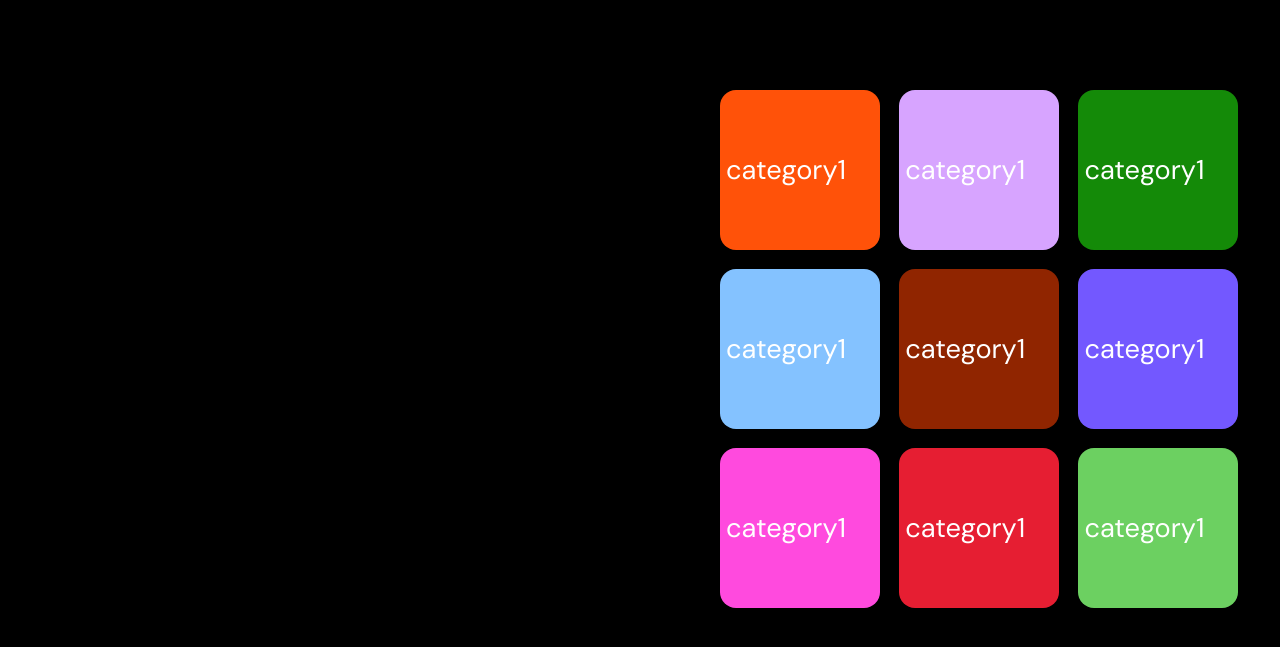
Repository: drumsmanku/react-capstone-project-2
Page: /categories
The author's editor kept a copy of each file at every save. The page is drawn from the files as they stood at one save, then again after the next save.
The browser window is 1280 px wide. The pictures show the whole page.
Some web fonts or font styles are not loaded; a fallback is used. The project was rebuilt for these pictures with package versions that can differ from the ones it lists, and the page was loaded fresh each time. Also part of the build but not shown: src/components/RegistrationPage.js, src/components/SubmitSuccess.js.

Above is the page before, as saved 2023-05-24 10:45:50.

After the next save:
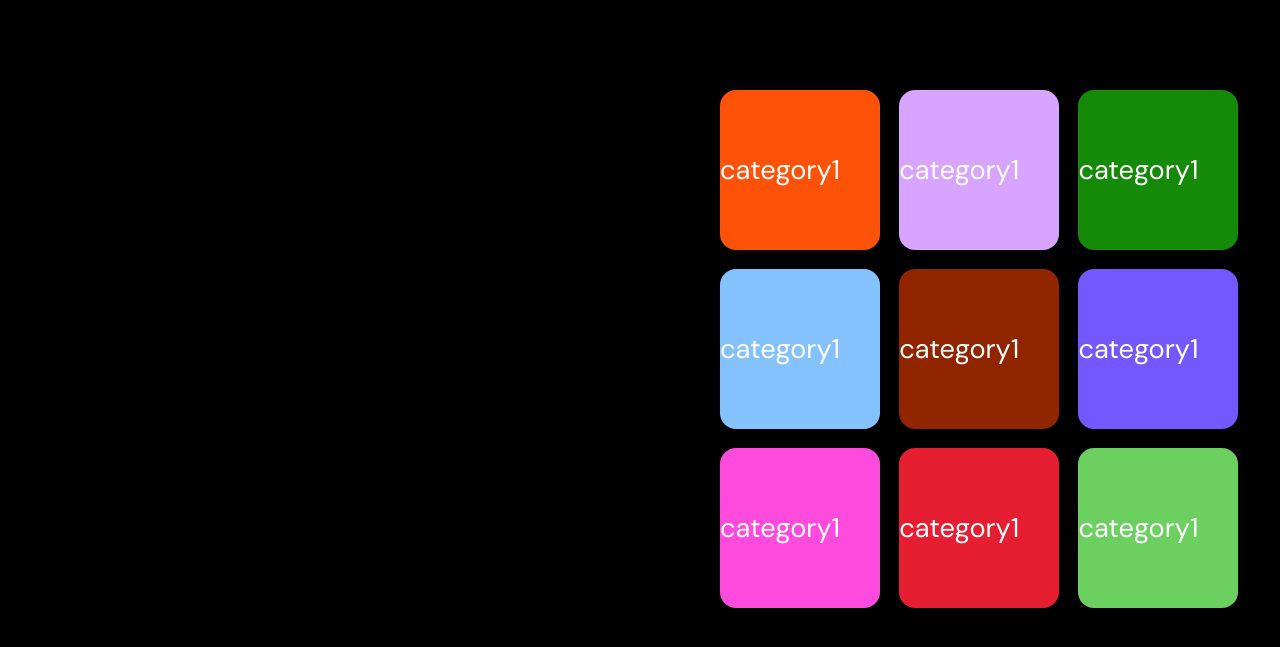
Saved 11 s later.
--- a/src/components/CategoriesPage.js
+++ b/src/components/CategoriesPage.js
@@ -11,7 +11,7 @@
       <div className='second-container'>
         <div className='category-container'>
           {categories.map((category, index)=>(
-            <button style={{border:'none', background:'none',color:'white', backgroundColor:backgroundcolor[index], height:'10rem', width:'10rem', margin:'0.6rem', borderRadius:'1rem', fontSize:'1.7rem', fontFamily:'DM Sans', textAlign:'left',}} key={index}>{category}</button>
+            <button style={{border:'none', background:'none',color:'white', backgroundColor:backgroundcolor[index], height:'10rem', width:'10rem', margin:'0.6rem', borderRadius:'1rem', fontSize:'1.7rem', fontFamily:'DM Sans', textAlign:'left',padding:0}} key={index}>{category}</button>
           ))}
         </div>
         <div>

After the save that followed:
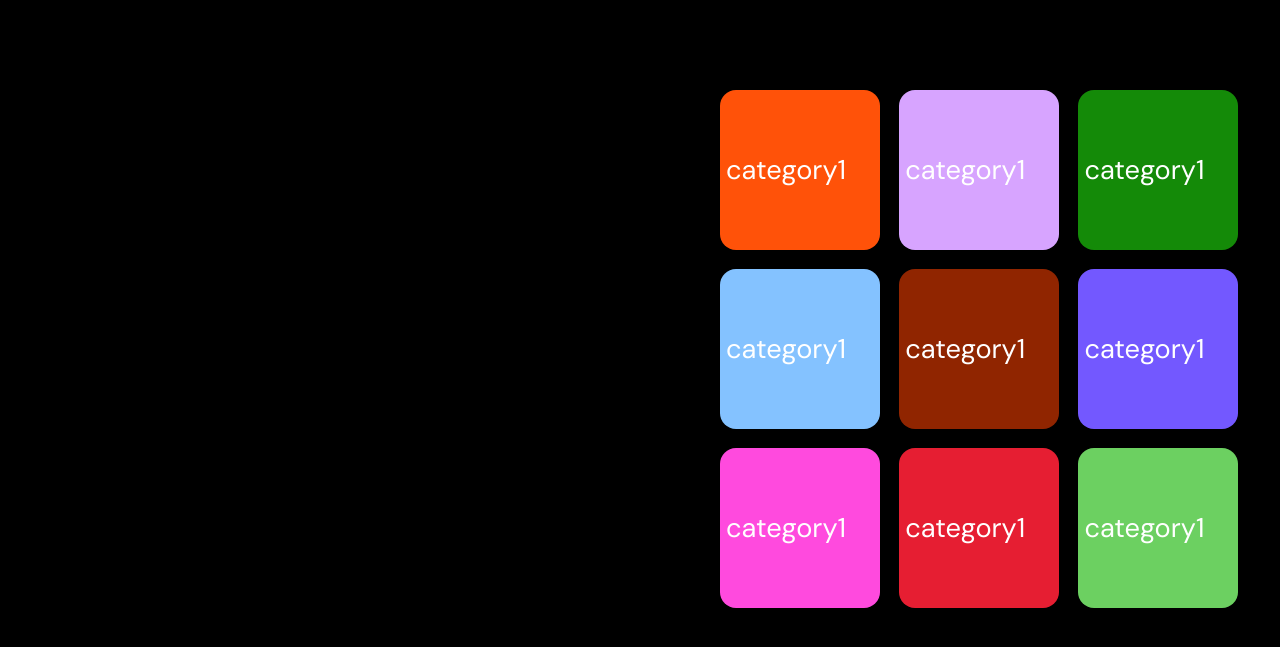
Saved 13 s later.
--- a/src/components/CategoriesPage.js
+++ b/src/components/CategoriesPage.js
@@ -11,7 +11,7 @@
       <div className='second-container'>
         <div className='category-container'>
           {categories.map((category, index)=>(
-            <button style={{border:'none', background:'none',color:'white', backgroundColor:backgroundcolor[index], height:'10rem', width:'10rem', margin:'0.6rem', borderRadius:'1rem', fontSize:'1.7rem', fontFamily:'DM Sans', textAlign:'left',padding:0}} key={index}>{category}</button>
+            <button style={{border:'none', background:'none',color:'white', backgroundColor:backgroundcolor[index], height:'10rem', width:'10rem', margin:'0.6rem', borderRadius:'1rem', fontSize:'1.7rem', fontFamily:'DM Sans', textAlign:'left',paddingTop:0}} key={index}>{category}</button>
           ))}
         </div>
         <div>
